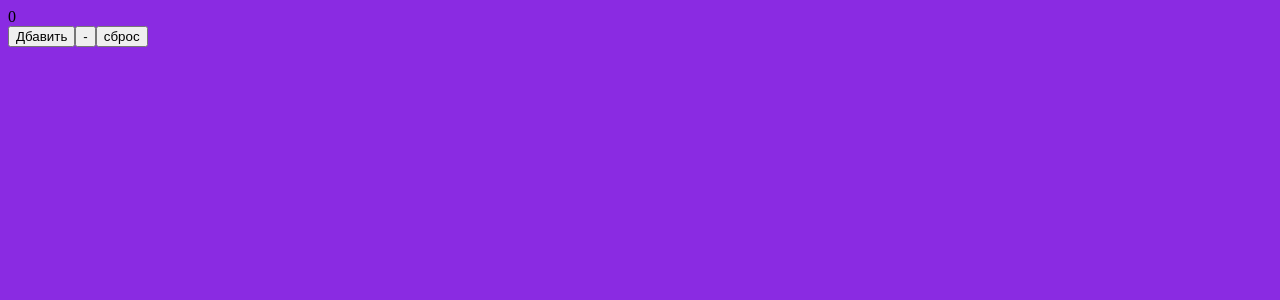
Repository: Denzoll/redux-toolkit-counter
Page: /
These files come from the project's save history. The page is drawn as it stood at one moment and after a run of saves; the edit follows.
The browser window is 1280 px wide. The pictures show the whole page.
The project was rebuilt for these pictures with package versions that can differ from the ones it lists, and the page was loaded fresh each time. Also part of the build but not shown: src/index.css.

Above is the page before, as saved 2022-06-27 13:25:30.

### src/index.js
import React from 'react';
import ReactDOM from 'react-dom/client';
import './index.css';
import App from './App';
import { store } from './app/store';
import { Provider } from 'react-redux/es/exports';


const root = ReactDOM.createRoot(document.getElementById('root'));
root.render(

   <Provider store={store}>
    <App />

  </Provider>

);

// If you want to start measuring performance in your app, pass a function
// to log results (for example: reportWebVitals(console.log))
// or send to an analytics endpoint. Learn more: https://bit.ly/CRA-vitals

### src/App.js
import { useSelector, useDispatch } from "react-redux";
import { minus, plus, zero } from "./feauters/counterReducer";
import './App.css'

function App() {
  const num = useSelector((state) => state.counter);
  const dispach = useDispatch();
  const handleInc = () => {
    dispach(plus());
  };
  const handleDel = () => {
    dispach(minus());
  };

  const z = () => {
    dispach(zero());
  };
  return (
    <>
      <div>{num}</div>
      <button onClick={handleInc}> Дбавить </button>
      <button onClick={handleDel}>-</button>
      <button onClick={z}> сброс </button>
    </>
  );
}

export default App;

### src/app/store.js
import { configureStore } from "@reduxjs/toolkit";
import counterReducer from "../feauters/counterReducer";

export const  store = configureStore({
    reducer:counterReducer
})

### src/feauters/counterReducer.js
import { createAction } from "@reduxjs/toolkit/";
import { createReducer } from "@reduxjs/toolkit";

const initialState = {
  counter: 0,
};
export const plus = createAction("plus");
export const minus = createAction("minus");
export const zero = createAction("zero");

const counterReducer = createReducer(initialState, (builder) => {
  builder
    .addCase(plus, (state, action) => {
      state.counter += 1;
    })
    .addCase(minus, (state) => {
      if (state.counter > 0) {
        state.counter -= 1;
      }
    })
    .addCase(zero, (state) => {
      state.counter = 0;
    });
});

export default counterReducer;

Loaded but not shown: public/index.html (common file); src/App.css (common file)

After the next 2 saves:
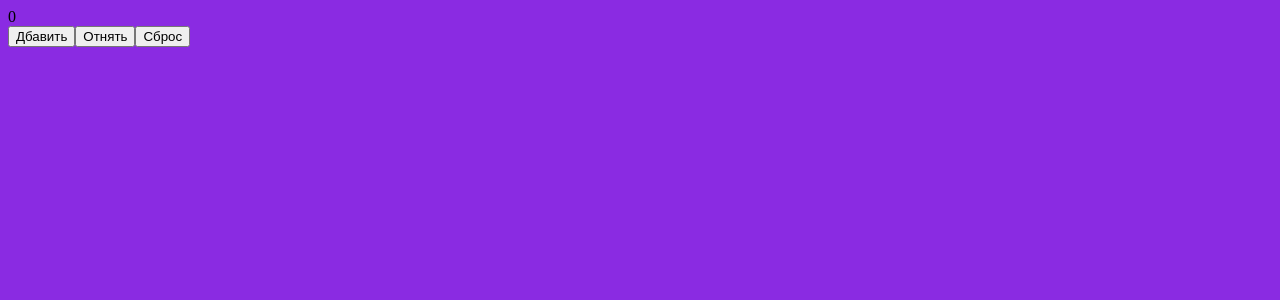
The 2 saves are shown as one change because they came seconds apart.
The last was saved 6 s later.
--- a/src/App.js
+++ b/src/App.js
@@ -19,8 +19,8 @@ function App() {
     <>
       <div>{num}</div>
       <button onClick={handleInc}> Дбавить </button>
-      <button onClick={handleDel}>-</button>
-      <button onClick={z}> сброс </button>
+      <button onClick={handleDel}>Отнять</button>
+      <button onClick={z}> Сброс </button>
     </>
   );
 }
